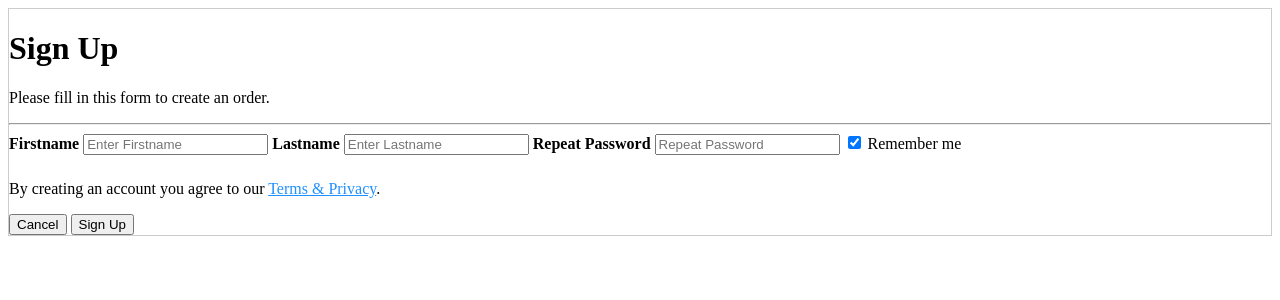
Repository: tansrh/CoreJava
Page: http://localhost/EcommerceWebApp/register
The author's editor kept a copy of each file at every save. The page is drawn from the files as they stood at one save, then again after the next save.
The browser window is 1280 px wide. The pictures show the whole page.
The page is served by Tomcat 9. Other server files are loaded and not shown.

Above is the page before, as saved 2024-08-10 10:47:55.

### EcommerceWebApp/WebContent/WEB-INF/views/registerPage.jsp
<form action="register" method="post" style="border:1px solid #ccc">
  <div class="container">
    <h1>Sign Up</h1>
    <p>Please fill in this form to create an order.</p>
    <hr>

    <label for="email"><b>Firstname</b></label>
    <input type="text" placeholder="Enter Firstname" name="firstName" required>

    <label for="psw"><b>Lastname</b></label>
    <input type="password" placeholder="Enter Lastname" name="lastName" required>

    <label for="psw-repeat"><b>Repeat Password</b></label>
    <input type="password" placeholder="Repeat Password" name="psw-repeat" required>

    <label>
      <input type="checkbox" checked="checked" name="remember" style="margin-bottom:15px"> Remember me
    </label>

    <p>By creating an account you agree to our <a href="#" style="color:dodgerblue">Terms & Privacy</a>.</p>

    <div class="clearfix">
      <button type="button" class="cancelbtn">Cancel</button>
      <button type="submit" class="signupbtn">Sign Up</button>
    </div>
  </div>
</form>

### EcommerceWebApp/src/com/wu/ecommerce/controllers/RegisterServlet.java
package com.wu.ecommerce.controllers;

import java.io.IOException;

import javax.servlet.RequestDispatcher;
import javax.servlet.ServletException;
import javax.servlet.annotation.WebServlet;
import javax.servlet.http.HttpServlet;
import javax.servlet.http.HttpServletRequest;
import javax.servlet.http.HttpServletResponse;

/**
 * Servlet implementation class RegisterServlet
 */
@WebServlet("/register")
public class RegisterServlet extends HttpServlet {
	private static final long serialVersionUID = 1L;

    /**
     * @see HttpServlet#HttpServlet()
     */
    public RegisterServlet() {
        super();
        // TODO Auto-generated constructor stub
    }

	/**
	 * @see HttpServlet#doGet(HttpServletRequest request, HttpServletResponse response)
	 */
	protected void doGet(HttpServletRequest request, HttpServletResponse response) throws ServletException, IOException {
		// TODO Auto-generated method stub
		//response.getWriter().append("Served at: ").append(request.getContextPath());
		RequestDispatcher dispatcher=request.getRequestDispatcher("/WEB-INF/views/registerPage.jsp");
	dispatcher.forward(request, response);
	}

	/**
	 * @see HttpServlet#doPost(HttpServletRequest request, HttpServletResponse response)
	 */
	protected void doPost(HttpServletRequest request, HttpServletResponse response) throws ServletException, IOException {
		// TODO Auto-generated method stub
	//	doGet(request, response);
		System.out.println("Hello from dopost");
	}

}

After the next save:
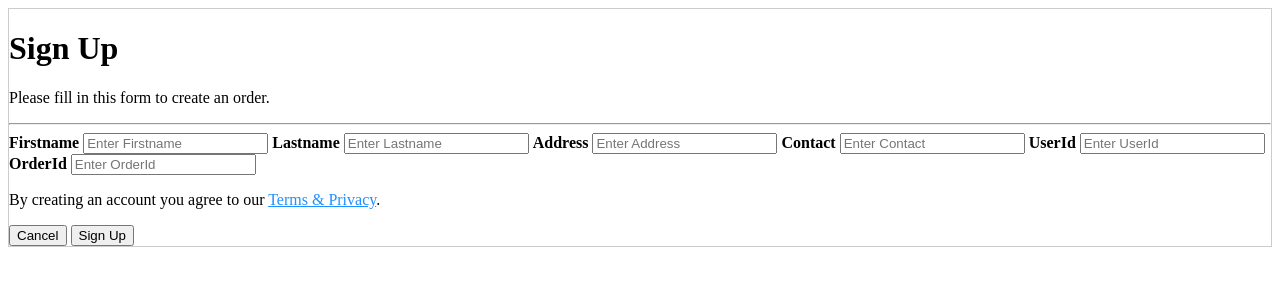
Saved 3 min 43 s later.
--- a/EcommerceWebApp/WebContent/WEB-INF/views/registerPage.jsp
+++ b/EcommerceWebApp/WebContent/WEB-INF/views/registerPage.jsp
@@ -4,18 +4,26 @@
     <p>Please fill in this form to create an order.</p>
     <hr>
 
-    <label for="email"><b>Firstname</b></label>
+    <label for="firstName"><b>Firstname</b></label>
     <input type="text" placeholder="Enter Firstname" name="firstName" required>
 
-    <label for="psw"><b>Lastname</b></label>
-    <input type="password" placeholder="Enter Lastname" name="lastName" required>
+    <label for="lastName"><b>Lastname</b></label>
+    <input type="text" placeholder="Enter Lastname" name="lastName" required>
 
-    <label for="psw-repeat"><b>Repeat Password</b></label>
-    <input type="password" placeholder="Repeat Password" name="psw-repeat" required>
+	<label for="address"><b>Address</b></label>
+    <input type="text" placeholder="Enter Address" name="address" required>
 
-    <label>
-      <input type="checkbox" checked="checked" name="remember" style="margin-bottom:15px"> Remember me
-    </label>
+    <label for="contact"><b>Contact</b></label>
+    <input type="text" placeholder="Enter Contact" name="contact" required>
+
+    <label for="userId"><b>UserId</b></label>
+    <input type="text" placeholder="Enter UserId" name="userId" required>
+
+    <label for="orderId"><b>OrderId</b></label>
+    <input type="text" placeholder="Enter OrderId" name="orderId" required>
+
+
+
 
     <p>By creating an account you agree to our <a href="#" style="color:dodgerblue">Terms & Privacy</a>.</p>
 
